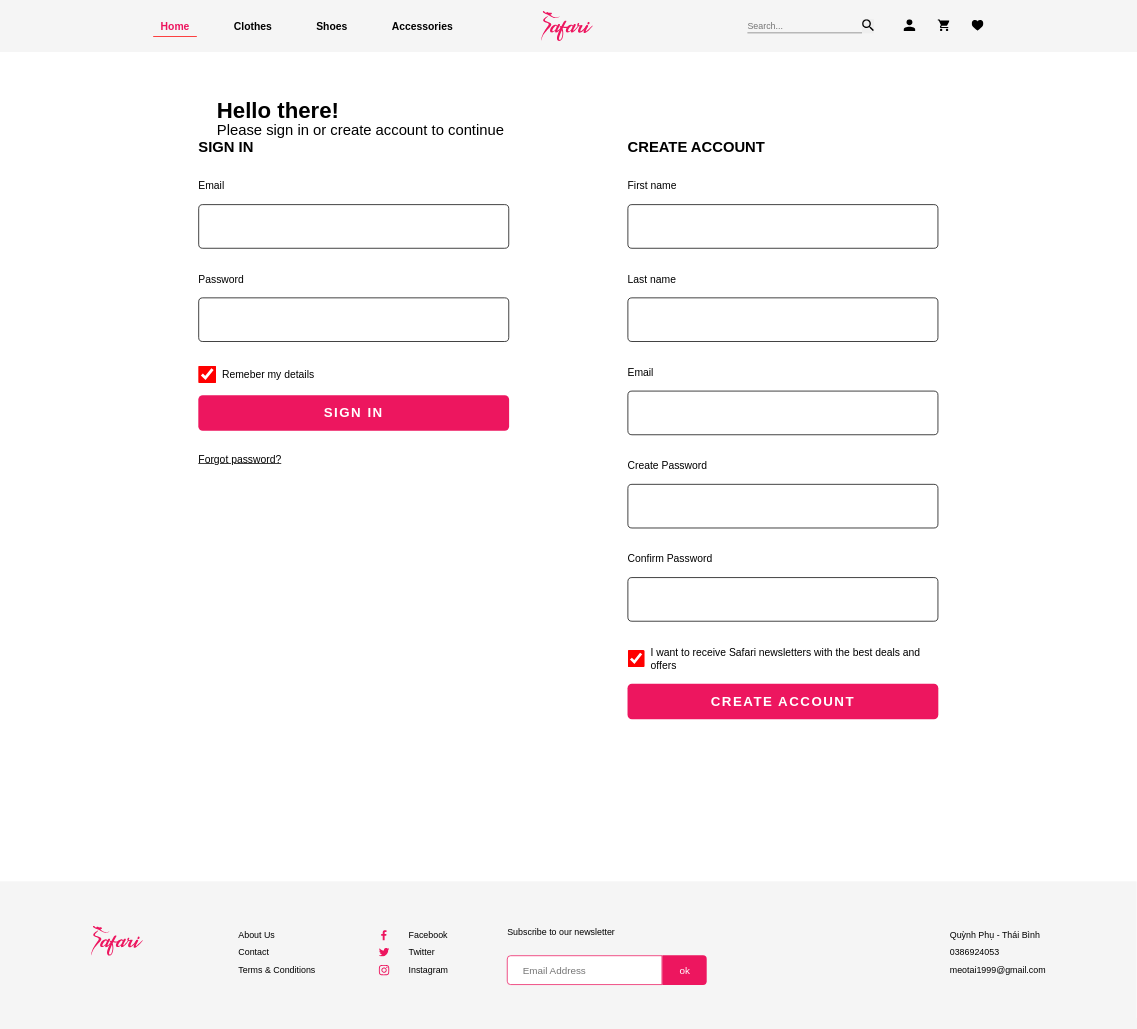
Repository: tboy1999/safari
Page: views/user.html
The author's editor kept a copy of each file at every save. The page is drawn from the files as they stood at one save, then again after the next save.
The browser window is 1536 px wide. The pictures show the whole page, at 74% of full size.
Some web libraries are served in a nearby version. The style sheet was rebuilt from its Sass, Less or Tailwind sources for each picture, by a compiler version that may differ from the author's.

Above is the page before, as saved 2022-04-27 21:28:15.

After the next save:
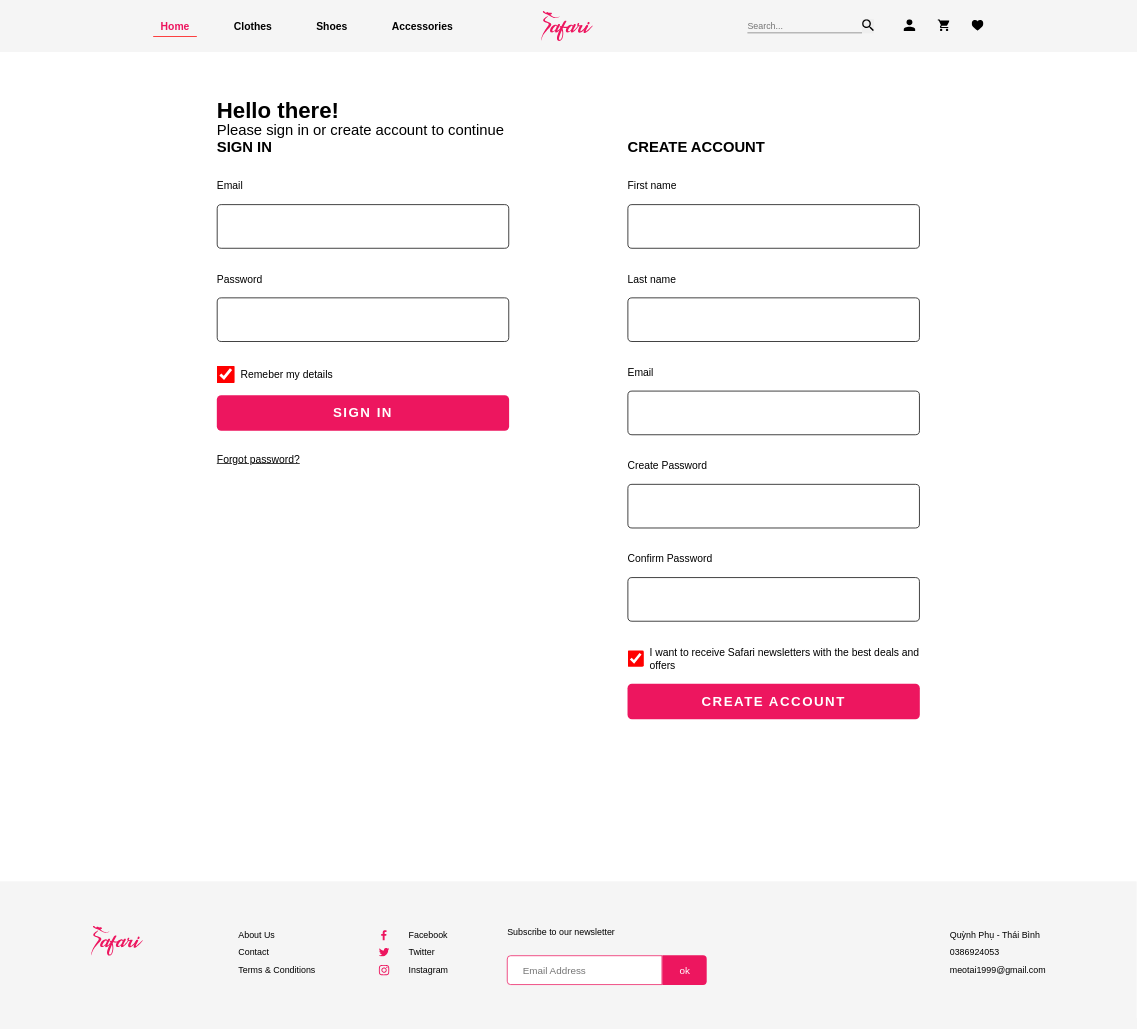
Saved 5 min 11 s later.
--- a/css/grid.css
+++ b/css/grid.css
@@ -607,115 +607,115 @@
     .container {
         width: 1440px;
     }
-    .container .row {
+    .row {
         margin-left: -25px;
         margin-right: -25px;
     }
-    .container .col {
+    .col {
         padding-left: 25px;
         padding-right: 25px;
     }
-    .container .xxl-0 {
+    .xxl-0 {
         display: none;
     }
-    .container .xxl-1,
-    .container .xxl-2,
-    .container .xxl-2-4,
-    .container .xxl-3,
-    .container .xxl-4,
-    .container .xxl-5,
-    .container .xxl-6,
-    .container .xxl-7,
-    .container .xxl-8,
-    .container .xxl-9,
-    .container .xxl-10,
-    .container .xxl-11,
-    .container .xxl-12 {
+    .xxl-1,
+    .xxl-2,
+    .xxl-2-4,
+    .xxl-3,
+    .xxl-4,
+    .xxl-5,
+    .xxl-6,
+    .xxl-7,
+    .xxl-8,
+    .xxl-9,
+    .xxl-10,
+    .xxl-11,
+    .xxl-12 {
         display: block;
     }
-    .container .xxl-1 {
+    .xxl-1 {
         flex: 0 0 8.33333%;
         max-width: 8.33333%;
     }
-    .container .xxl-2 {
+    .xxl-2 {
         flex: 0 0 16.66667%;
         max-width: 16.66667%;
     }
-    .container .xxl-2-4 {
+    .xxl-2-4 {
         flex: 0 0 20%;
         max-width: 20%;
     }
-    .container .xxl-3 {
+    .xxl-3 {
         flex: 0 0 25%;
         max-width: 25%;
     }
-    .container .xxl-4 {
+    .xxl-4 {
         flex: 0 0 33.33333%;
         max-width: 33.33333%;
     }
-    .container .xxl-5 {
+    .xxl-5 {
         flex: 0 0 41.66667%;
         max-width: 41.66667%;
     }
-    .container .xxl-6 {
+    .xxl-6 {
         flex: 0 0 50%;
         max-width: 50%;
     }
-    .container .xxl-7 {
+    .xxl-7 {
         flex: 0 0 58.33333%;
         max-width: 58.33333%;
     }
-    .container .xxl-8 {
+    .xxl-8 {
         flex: 0 0 66.66667%;
         max-width: 66.66667%;
     }
-    .container .xxl-9 {
+    .xxl-9 {
         flex: 0 0 75%;
         max-width: 75%;
     }
-    .container .xxl-10 {
+    .xxl-10 {
         flex: 0 0 83.33333%;
         max-width: 83.33333%;
     }
-    .container .xxl-11 {
+    .xxl-11 {
         flex: 0 0 91.66667%;
         max-width: 91.66667%;
     }
-    .container .xxl-12 {
+    .xxl-12 {
         flex: 0 0 100%;
         max-width: 100%;
     }
-    .container .xxl-o-1 {
+    .xxl-o-1 {
         margin-left: 8.33333%;
     }
-    .container .xxl-o-2 {
+    .xxl-o-2 {
         margin-left: 16.66667%;
     }
-    .container .xxl-o-3 {
+    .xxl-o-3 {
         margin-left: 25%;
     }
-    .container .xxl-o-4 {
+    .xxl-o-4 {
         margin-left: 33.33333%;
     }
-    .container .xxl-o-5 {
+    .xxl-o-5 {
         margin-left: 41.66667%;
     }
-    .container .xxl-o-6 {
+    .xxl-o-6 {
         margin-left: 50%;
     }
-    .container .xxl-o-7 {
+    .xxl-o-7 {
         margin-left: 58.33333%;
     }
-    .container .xxl-o-8 {
+    .xxl-o-8 {
         margin-left: 66.66667%;
     }
-    .container .xxl-o-9 {
+    .xxl-o-9 {
         margin-left: 75%;
     }
-    .container .xxl-o-10 {
+    .xxl-o-10 {
         margin-left: 83.33333%;
     }
-    .container .xxl-o-11 {
+    .xxl-o-11 {
         margin-left: 91.66667%;
     }
 }
